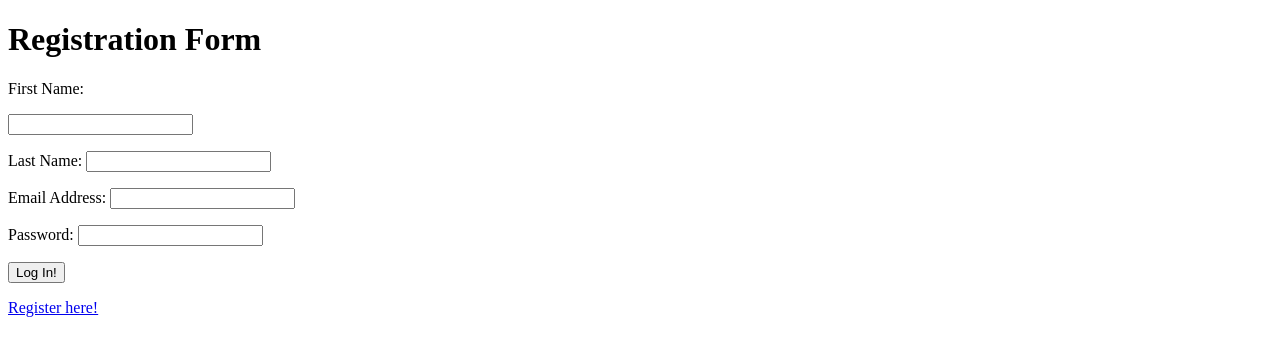
Repository: codieb1997/cosw30
Page: http://localhost/labwork/lab2/register.php
The author's editor kept a record of every edit. The page is drawn from the files as they stood at one moment, then again after the next edit.
The browser window is 1280 px wide. The pictures show the whole page.
The page is run by PHP 8.4 with error messages shown; the project is at /var/www/html/.

Above is the page before.

After the next edit:
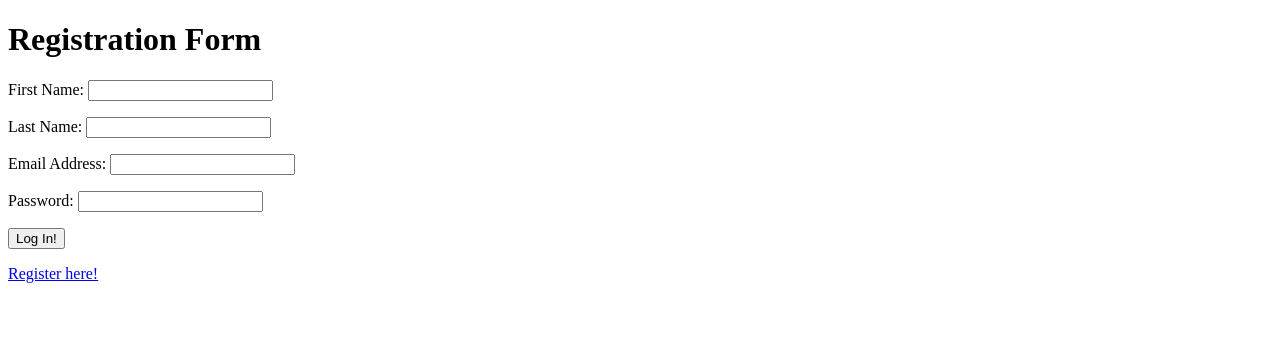
The edit:
--- a/labwork/lab2/register.php
+++ b/labwork/lab2/register.php
@@ -7,7 +7,7 @@
     <body>
         <h1>Registration Form</h1>
         <form action="process_register.php" method="POST">
-            <p><label for="first_name">First Name:</label></p>
+            <p><label for="first_name">First Name:</label>
             <input type="text" name="first_name" id="first_name" required></p>
 
             <p><label for="last_name">Last Name:</label>
